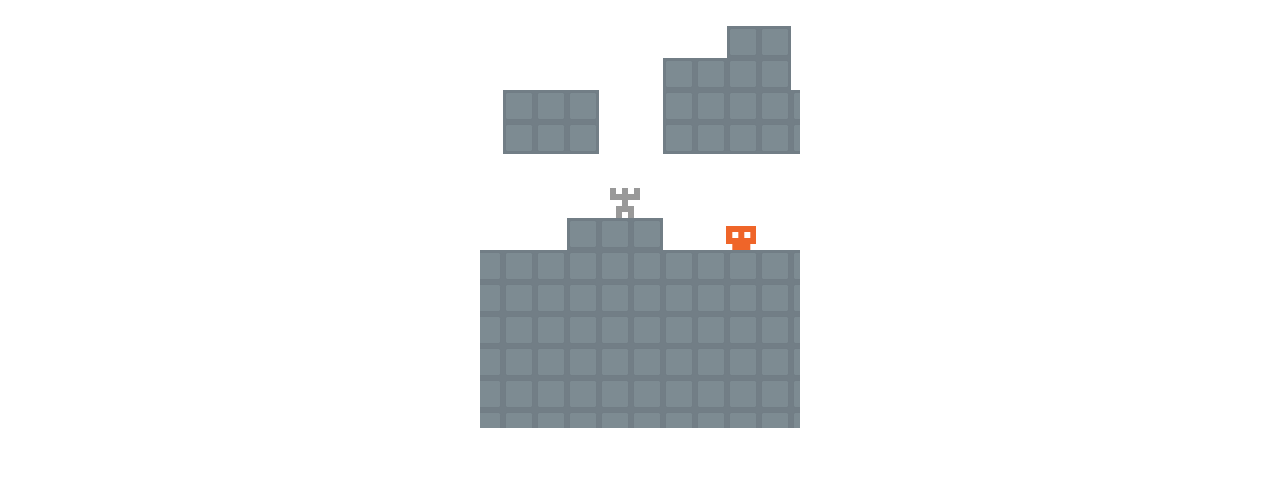
Repository: bigbadbiffy/quintus
Page: main.html
The author's editor kept a record of every edit. The page is drawn from the files as they stood at one moment, then again after the next edit.
The browser window is 1280 px wide. The pictures show the whole page.

Above is the page before.

### main.html
<html>
    <head>
        <!-- pull the engine from the quintus cdn-->
        <script src='js/underscore/underscore.js'></script>
        <script src='js/jquery/jquery.js'></script>
        <script src='js/quintus/quintus.js'></script>
        <script src='js/quintus/quintus_2d.js'></script>
        <script src='js/quintus/quintus_anim.js'></script>
        <script src='js/quintus/quintus_audio.js'></script>
        <script src='js/quintus/quintus_input.js'></script>
        <script src='js/quintus/quintus_scenes.js'></script>
        <script src='js/quintus/quintus_sprites.js'></script>
        <script src='js/quintus/quintus_tmx.js'></script>
        <script src='js/quintus/quintus_touch.js'></script>
        <script src='js/quintus/quintus_ui.js'></script>
    </head>
    <body>
        <script src='js/main.js'></script>

    </body>
</html>

### js/quintus/quintus_audio.js
/*global Quintus:false, AudioContext:false, window:false */

Quintus.Audio = function(Q) {

  Q.audio = {
    channels: [],
    channelMax:  Q.options.channelMax || 10,
    active: {},
    play: function() {}
  };


  Q.hasWebAudio = (typeof AudioContext !== "undefined") || (typeof webkitAudioContext !== "undefined");

  if(Q.hasWebAudio) {
    if(typeof AudioContext !== "undefined") {
      Q.audioContext = new AudioContext();
    } else {
      Q.audioContext = new window.webkitAudioContext();
    }
  }

  Q.enableSound = function() {
    var hasTouch =  !!('ontouchstart' in window);

    if(Q.hasWebAudio) {
      Q.audio.enableWebAudioSound();
    } else {
      Q.audio.enableHTML5Sound();
    }
    return Q;
  };

  Q.audio.enableWebAudioSound = function() {
    Q.audio.type = "WebAudio";

    Q.audio.soundID = 0;

    Q.audio.playingSounds = {};

    Q.audio.removeSound = function(soundID) {
      delete Q.audio.playingSounds[soundID];
    };

    // Play a single sound, optionally debounced
    // to prevent repeated plays in a short time
    Q.audio.play = function(s,options) {
      var now = new Date().getTime();

      // See if this audio file is currently being debounced, if
      // it is, don't do anything and just return
      if(Q.audio.active[s] && Q.audio.active[s] > now) { return; }

      // If any options were passed in, check for a debounce,
      // which is the number of milliseconds to debounce this sound
      if(options && options['debounce']) {
        Q.audio.active[s] = now + options['debounce'];
      } else {
        delete Q.audio.active[s];
      }

      var soundID = Q.audio.soundID++;

      var source = Q.audioContext.createBufferSource();
      source.buffer = Q.asset(s);
      source.connect(Q.audioContext.destination);
      if(options && options['loop']) {
        source.loop = true;
      } else {
        setTimeout(function() {
          Q.audio.removeSound(soundID);
        },source.buffer.duration * 1000);
      }
      source.assetName = s;
      if(source.start) { source.start(0); } else { source.noteOn(0); }

      Q.audio.playingSounds[soundID] = source;


    };

    Q.audio.stop = function(s) {
      for(var key in Q.audio.playingSounds) {
        var snd = Q.audio.playingSounds[key];
        if(!s || s === snd.assetName) {
          if(snd.stop) { snd.stop(0);  } else {  snd.noteOff(0); }
        }
      }
    };

  };

  Q.audio.enableHTML5Sound = function() {
    Q.audio.type = "HTML5";

    for (var i=0;i<Q.audio.channelMax;i++) {
      Q.audio.channels[i] = {};
      Q.audio.channels[i]['channel'] = new Audio();
      Q.audio.channels[i]['finished'] = -1;
    }

    // Play a single sound, optionally debounced
    // to prevent repeated plays in a short time
    Q.audio.play = function(s,options) {
      var now = new Date().getTime();

      // See if this audio file is currently being debounced, if
      // it is, don't do anything and just return
      if(Q.audio.active[s] && Q.audio.active[s] > now) { return; }

      // If any options were passed in, check for a debounce,
      // which is the number of milliseconds to debounce this sound
      if(options && options['debounce']) {
        Q.audio.active[s] = now + options['debounce'];
      } else {
        delete Q.audio.active[s];
      }

      // Find a free audio channel and play the sound
      for (var i=0;i<Q.audio.channels.length;i++) {
        // Check the channel is either finished or not looping
        if (!Q.audio.channels[i]['loop'] && Q.audio.channels[i]['finished'] < now) {

          Q.audio.channels[i]['channel'].src = Q.asset(s).src;

          // If we're looping - just set loop to true to prevent this channcel
          // from being used.
          if(options && options['loop']) {
            Q.audio.channels[i]['loop'] = true;
            Q.audio.channels[i]['channel'].loop = true;
          } else {
            Q.audio.channels[i]['finished'] = now + Q.asset(s).duration*1000;
          }
          Q.audio.channels[i]['channel'].load();
          Q.audio.channels[i]['channel'].play();
          break;
        }
      }
    };

    // Stop a single sound asset or stop all sounds currently playing
    Q.audio.stop = function(s) {
      var src = s ? Q.asset(s).src : null;
      var tm = new Date().getTime();
      for (var i=0;i<Q.audio.channels.length;i++) {
        if ((!src || Q.audio.channels[i]['channel'].src === src) &&
            (Q.audio.channels[i]['loop'] || Q.audio.channels[i]['finished'] >= tm)) {
          Q.audio.channels[i]['channel'].pause();
          Q.audio.channels[i]['loop'] = false;
        }
      }
    };

  };

};

### js/quintus/quintus_tmx.js
/*global Quintus:false */

/*global Quintus:false */
/**
Quintus HTML5 Game Engine - TMX Loader module

Module responsible for loading Tiled TMX files

@module Quintus.Input
*/

/**
 * Quintus TMX Loading module
 *
 * @class Quintus.TMX
 */
Quintus.TMX = function(Q) {


 // Add TMX file loading support to Quintus
 Q.assetTypes['tmx'] = 'TMX';

 // Load a TMX file as a parsed XML DOM
 Q.loadAssetTMX =  function(key,src,callback,errorCallback) {

   // Piggyback on loadAssetOther's AJAX call
   Q.loadAssetOther(key,src,function(key,responseText) {
     var parser = new DOMParser();
     var doc = parser.parseFromString(responseText, "application/xml");
     // save the asset as the parsed doc
     callback(key,doc);
   }, errorCallback);

 };

 Q._tmxExtractAssetName = function(result) {
   var source = result.getAttribute("source"),
   sourceParts = source.split("/");
   // only return the last part of the asset string
   return sourceParts[sourceParts.length - 1];
 };


 Q._tmxExtractSources = function(asset) {
   var results = asset.querySelectorAll("[source]");
   return Q._map(results,Q._tmxExtractAssetName);

 };


 Q.loadTMX = function(files,callback,options) {
   if(Q._isString(files)) {
     files = Q._normalizeArg(files);
   }

   var tmxFiles = [];
   Q._each(files,function(file) {
     if(Q._fileExtension(file) === 'tmx') {
        tmxFiles.push(file);
     }
   });

   var additionalAssets = [];

   Q.load(files,function() {
     Q._each(tmxFiles,function(tmxFile) {
       var sources = Q._tmxExtractSources(Q.asset(tmxFile));
       additionalAssets = additionalAssets.concat(sources);
     });

     if(additionalAssets.length > 0) {
       Q.load(additionalAssets,callback,options);
     } else {
       callback();
     }
   });

 };



 function attr(elem,atr) {
   var value = elem.getAttribute(atr);
   return isNaN(value) ? value : +value;
 }

 function parseProperties(elem) {
   var propElems = elem.querySelectorAll("property"),
       props = {};

   for(var i = 0; i < propElems.length; i++) {
     var propElem = propElems[i];
     props[attr(propElem,'name')] = attr(propElem,'value');
   }
   return props;
 }

 Q._tmxLoadTilesets = function(tilesets, tileProperties) {
   var gidMap = [];

   function parsePoint(pt) {
     var pts = pt.split(",");
     return [ parseFloat(pts[0]), parseFloat(pts[1]) ];
   }

   for(var t = 0; t < tilesets.length;t++) {
     var tileset = tilesets[t],
         sheetName = attr(tileset,"name"),
         gid = attr(tileset,"firstgid"),
         assetName = Q._tmxExtractAssetName(tileset.querySelector("image")),
         tilesetTileProps = {},
         tilesetProps = { tileW: attr(tileset,"tilewidth"),
                          tileH: attr(tileset,"tileheight"),
                          spacingX: attr(tileset,"spacing"),
                          spacingY: attr(tileset,"spacing")
                        };

     var tiles = tileset.querySelectorAll("tile");
     for(var i = 0;i < tiles.length;i++) {
       var tile = tiles[i];
       var tileId = attr(tile,"id");
       var tileGid = gid + tileId;

       var properties = parseProperties(tile);

       if(properties.points) {
         properties.points = Q._map(properties.points.split(" "),parsePoint);
       }

       // save the properties indexed by GID for creating objects
       tileProperties[tileGid] = properties;

       // save the properties indexed by tile number for the frame properties
       tilesetTileProps[tileId] = properties;
     }
     tilesetProps.frameProperties = tilesetTileProps;
     gidMap.push([ gid, sheetName ]);
     Q.sheet(sheetName, assetName,  tilesetProps);

   }
   return gidMap;
 };

 Q._tmxProcessImageLayer = function(stage,gidMap,tileProperties,layer) {
   var assetName = Q._tmxExtractAssetName(layer.querySelector("image"));
   var properties = parseProperties(layer);
   properties.asset = assetName;

   stage.insert(new Q.Repeater(properties));
 };

 // get the first entry in the gid map that gives
 // a gid offset
 Q._lookupGid = function(gid,gidMap) {
   var idx = 0;

   while(gidMap[idx+1] && gid >= gidMap[idx+1][0]) {
     idx++;
   }
   return gidMap[idx];
 };

 Q._tmxProcessTileLayer = function(stage,gidMap,tileProperties,layer) {
   var tiles = layer.querySelectorAll("tile"),
       width = attr(layer,'width'),
       height = attr(layer,'height');


   var gidDetails,gidOffset, sheetName;

   var data = [], idx=0;
   for(var y=0;y<height;y++) {
     data[y] = [];
     for(var x=0;x<width;x++) {
       var gid = attr(tiles[idx],"gid");
       if(gid === 0) {
         data[y].push(null);
       } else {
         // If we don't know what tileset this map is associated with
         // figure it out by looking up the gid of the tile w/
         // and match to the tilesef
         if(!gidOffset) {
           gidDetails = Q._lookupGid(attr(tiles[idx],"gid"),gidMap);
           gidOffset = gidDetails[0];
           sheetName = gidDetails[1];
         }
         data[y].push(gid - gidOffset);
       }
       idx++;
     }
   }

   var tileLayerProperties = Q._extend({
     tileW: Q.sheet(sheetName).tileW,
     tileH: Q.sheet(sheetName).tileH,
     sheet: sheetName,
     tiles: data
     },parseProperties(layer));

   var TileLayerClass = tileLayerProperties.Class || 'TileLayer';

   if(tileLayerProperties['collision']) {
     stage.collisionLayer(new Q[TileLayerClass](tileLayerProperties));
   } else {
     stage.insert(new Q[TileLayerClass](tileLayerProperties));
   }
 };

 Q._tmxProcessObjectLayer = function(stage,gidMap,tileProperties,layer) {
   var objects = layer.querySelectorAll("object");
   for(var i=0;i < objects.length;i++) {
     var obj = objects[i],
         gid = attr(obj,"gid"),
         x = attr(obj,'x'),
         y = attr(obj,'y'),
         properties = tileProperties[gid],
         overrideProperties = parseProperties(obj);

     if(!properties) { throw "Invalid TMX Object: missing properties for GID:" + gid; }
     if(!properties['Class']) { throw "Invalid TMX Object: missing Class for GID:" + gid; }

     var className = properties['Class'];
     if(!className) { throw "Invalid TMX Object Class: " + className + " GID:" + gid; }

     var p = Q._extend(Q._extend({ x: x, y: y }, properties), overrideProperties);

     // Offset the sprite
     var sprite = new Q[className](p);
     sprite.p.x += sprite.p.w/2;
     sprite.p.y -= sprite.p.h/2;

     stage.insert(sprite);
   }

 };

 Q._tmxProcessors = { 'objectgroup': Q._tmxProcessObjectLayer,
                      'layer': Q._tmxProcessTileLayer,
                      'imagelayer': Q._tmxProcessImageLayer };

 Q.stageTMX = function(dataAsset,stage) {
    var data = Q._isString(dataAsset) ?  Q.asset(dataAsset) : dataAsset;

    var tileProperties = {};

    // Load Tilesets
    var tilesets = data.getElementsByTagName("tileset");
    var gidMap = Q._tmxLoadTilesets(tilesets,tileProperties);

    // Go through each of the layers
    Q._each(data.documentElement.childNodes,function(layer) {
      var layerType = layer.tagName;
      if(Q._tmxProcessors[layerType]) {
        Q._tmxProcessors[layerType](stage, gidMap, tileProperties, layer);
      }
    });
  };

};

### js/quintus/quintus_touch.js
/*global Quintus:false */

Quintus.Touch = function(Q) {
  if(Q._isUndefined(Quintus.Sprites)) {
    throw "Quintus.Touch requires Quintus.Sprites Module";
  }

  var hasTouch =  !!('ontouchstart' in window);

  var touchStage = [0];
  var touchType = 0;

  Q.Evented.extend("TouchSystem",{

    init: function() {
      var touchSystem = this;

      this.boundTouch = function(e) { touchSystem.touch(e); };
      this.boundDrag = function(e) { touchSystem.drag(e); };
      this.boundEnd = function(e) { touchSystem.touchEnd(e); };

      Q.el.addEventListener('touchstart',this.boundTouch);
      Q.el.addEventListener('mousedown',this.boundTouch);

      Q.el.addEventListener('touchmove',this.boundDrag);
      Q.el.addEventListener('mousemove',this.boundDrag);

      Q.el.addEventListener('touchend',this.boundEnd);
      Q.el.addEventListener('mouseup',this.boundEnd);
      Q.el.addEventListener('touchcancel',this.boundEnd);

      this.touchPos = new Q.Evented();
      this.touchPos.grid = {};
      this.touchPos.p = { w:1, h:1, cx: 0, cy: 0 };
      this.activeTouches = {};
      this.touchedObjects = {};
    },

    destroy: function() {
      Q.el.removeEventListener('touchstart',this.boundTouch);
      Q.el.removeEventListener('mousedown',this.boundTouch);

      Q.el.removeEventListener('touchmove',this.boundDrag);
      Q.el.removeEventListener('mousemove',this.boundDrag);

      Q.el.removeEventListener('touchend',this.boundEnd);
      Q.el.removeEventListener('mouseup',this.boundEnd);
      Q.el.removeEventListener('touchcancel',this.boundEnd);
    },

    normalizeTouch: function(touch,stage) {

      var el = Q.el,
        rect = el.getBoundingClientRect(),
        style = window.getComputedStyle(el),
        posX = touch.clientX - rect.left - parseInt(style.paddingLeft, 10),
        posY = touch.clientY - rect.top  - parseInt(style.paddingTop, 10);

      if(Q._isUndefined(posX) || Q._isUndefined(posY)) {
         posX = touch.offsetX;
         posY = touch.offsetY;
      }

      if(Q._isUndefined(posX) || Q._isUndefined(posY)) {
        posX = touch.layerX;
        posY = touch.layerY;
      }

      if(Q._isUndefined(posX) || Q._isUndefined(posY)) {
        if(Q.touch.offsetX === void 0) {
          Q.touch.offsetX = 0;
          Q.touch.offsetY = 0;
          el = Q.el;
          do {
            Q.touch.offsetX += el.offsetLeft;
            Q.touch.offsetY += el.offsetTop;
          } while(el = el.offsetParent);
        }
        posX = touch.pageX - Q.touch.offsetX;
        posY = touch.pageY - Q.touch.offsetY;
      }

      this.touchPos.p.ox = this.touchPos.p.px = posX / Q.cssWidth * Q.width;
      this.touchPos.p.oy = this.touchPos.p.py = posY / Q.cssHeight * Q.height;

      if(stage.viewport) {
        this.touchPos.p.px /= stage.viewport.scale;
        this.touchPos.p.py /= stage.viewport.scale;
        this.touchPos.p.px += stage.viewport.x;
        this.touchPos.p.py += stage.viewport.y;
      }

      this.touchPos.p.x = this.touchPos.p.px;
      this.touchPos.p.y = this.touchPos.p.py;

      this.touchPos.obj = null;
      return this.touchPos;
    },

    touch: function(e) {
      var touches = e.changedTouches || [ e ];

      for(var i=0;i<touches.length;i++) {

        for(var stageIdx=0;stageIdx < touchStage.length;stageIdx++) {
          var touch = touches[i],
              stage = Q.stage(touchStage[stageIdx]);

          if(!stage) { continue; }

          touch.identifier = touch.identifier || 0;
          var pos = this.normalizeTouch(touch,stage);

          stage.regrid(pos,true);
          var col = stage.search(pos,touchType), obj;

          if(col || stageIdx === touchStage.length - 1) {
            obj = col && col.obj;
            pos.obj = obj;
            this.trigger("touch",pos);
          }

          if(obj && !this.touchedObjects[obj]) {
            this.activeTouches[touch.identifier] = {
              x: pos.p.px,
              y: pos.p.py,
              origX: obj.p.x,
              origY: obj.p.y,
              sx: pos.p.ox,
              sy: pos.p.oy,
              identifier: touch.identifier,
              obj: obj,
              stage: stage
            };
            this.touchedObjects[obj.p.id] = true;
            obj.trigger('touch', this.activeTouches[touch.identifier]);
            break;
          }

        }

      }
      //e.preventDefault();
    },

    drag: function(e) {
      var touches = e.changedTouches || [ e ];

      for(var i=0;i<touches.length;i++) {
        var touch = touches[i];
        touch.identifier = touch.identifier || 0;

        var active = this.activeTouches[touch.identifier],
            stage = active && active.stage;

        if(active) {
          var pos = this.normalizeTouch(touch,stage);
          active.x = pos.p.px;
          active.y = pos.p.py;
          active.dx = pos.p.ox - active.sx;
          active.dy = pos.p.oy - active.sy;

          active.obj.trigger('drag', active);
        }
      }
      e.preventDefault();
    },

    touchEnd: function(e) {
      var touches = e.changedTouches || [ e ];

      for(var i=0;i<touches.length;i++) {
        var touch = touches[i];

        touch.identifier = touch.identifier || 0;

        var active = this.activeTouches[touch.identifier];

        if(active) {
          active.obj.trigger('touchEnd', active);
          delete this.touchedObjects[active.obj.p.id];
          this.activeTouches[touch.identifier] = null;
        }
      }
      e.preventDefault();
    }

  });

  Q.touch = function(type,stage) {
    Q.untouch();
    touchType = type || Q.SPRITE_UI;
    touchStage = stage || [2,1,0];
    if(!Q._isArray(touchStage)) {
      touchStage = [touchStage];
    }

    if(!Q._touch) {
      Q.touchInput = new Q.TouchSystem();
    }
    return Q;
  };

  Q.untouch = function() {
    if(Q.touchInput) {
      Q.touchInput.destroy();
      delete Q['touchInput'];
    }
    return Q;
  };

};

### js/main.js

 var Q = Quintus()                          // Create a new engine instance
              .include("Sprites, Scenes, Input, 2D, Touch, UI") // Load any needed modules
              .setup()                           // Add a canvas element onto the page
              .controls()                        // Add in default controls (keyboard, buttons)
              .touch();                          // Add in touch support (for the UI)

// You can create a sub-class by extending the Q.Sprite class to create Q.Player
Q.Sprite.extend("Player",{

  // the init constructor is called on creation
  init: function(p) {

    // You can call the parent's constructor with this._super(..)
    this._super(p, {
      sheet: "player",  // Setting a sprite sheet sets sprite width and height
      x: 410,           // You can also set additional properties that can
      y: 90            // be overridden on object creation
    });

    // Add in pre-made components to get up and running quickly
    this.add('2d, platformerControls');

    // Write event handlers to respond hook into behaviors.
    // hit.sprite is called everytime the player collides with a sprite
    this.on("hit.sprite",function(collision) {
      // Check the collision, if it's the Tower, you win!
      if(collision.obj.isA("Tower")) {
        // Stage the endGame scene above the current stage
        Q.stageScene("endGame",1, { label: "You Won!" });
        // Remove the player to prevent them from moving
        this.destroy();
      }
    });
  }
});

// Sprites can be simple, the Tower sprite just sets a custom sprite sheet
Q.Sprite.extend("Tower", {
  init: function(p) {
    this._super(p, { sheet: 'tower' });
  }
});

// Create the Enemy class to add in some baddies
Q.Sprite.extend("Enemy",{
  init: function(p) {
    this._super(p, { sheet: 'enemy', vx: 100 });

    // Enemies use the Bounce AI to change direction
    // whenver they run into something.
    this.add('2d, aiBounce');

    // Listen for a sprite collision, if it's the player,
    // end the game unless the enemy is hit on top
    this.on("bump.left,bump.right,bump.bottom",function(collision) {
      if(collision.obj.isA("Player")) {
        Q.stageScene("endGame",1, { label: "You Died" });
        collision.obj.destroy();
      }
    });

    // If the enemy gets hit on the top, destroy it
    // and give the user a "hop"
    this.on("bump.top",function(collision) {
      if(collision.obj.isA("Player")) {
        this.destroy();
        collision.obj.p.vy = -300;
      }
    });
  }
});

// Create a new scene called level 1
Q.scene("level1",function(stage) {

  // Add in a tile layer, and make it the collision layer
  stage.collisionLayer(new Q.TileLayer({
                             dataAsset: 'level.json',
                             sheet:     'tiles' }));

  // Create the player and add him to the stage
  var player = stage.insert(new Q.Player());

  // Give the stage a moveable viewport and tell it
  // to follow the player.
  stage.add("viewport").follow(player);

  // Add in a couple of enemies
  stage.insert(new Q.Enemy({ x: 700, y: 0 }));
  stage.insert(new Q.Enemy({ x: 800, y: 0 }));

  // Finally add in the tower goal
  stage.insert(new Q.Tower({ x: 180, y: 50 }));
});

// Create a new scene called level 1
Q.scene("level1",function(stage) {

  // Add in a tile layer, and make it the collision layer
  stage.collisionLayer(new Q.TileLayer({
                             dataAsset: 'level.json',
                             sheet:     'tiles' }));

  // Create the player and add him to the stage
  var player = stage.insert(new Q.Player());

  // Give the stage a moveable viewport and tell it
  // to follow the player.
  stage.add("viewport").follow(player);

  // Add in a couple of enemies
  stage.insert(new Q.Enemy({ x: 700, y: 0 }));
  stage.insert(new Q.Enemy({ x: 800, y: 0 }));

  // Finally add in the tower goal
  stage.insert(new Q.Tower({ x: 180, y: 50 }));
});

// To display a game over / game won popup box,
// create a endGame scene that takes in a `label` option
// to control the displayed message.
Q.scene('endGame',function(stage) {
  var container = stage.insert(new Q.UI.Container({
    x: Q.width/2, y: Q.height/2, fill: "rgba(0,0,0,0.5)"
  }));

  var button = container.insert(new Q.UI.Button({ x: 0, y: 0, fill: "#CCCCCC",
                                                  label: "Play Again" }))
  var label = container.insert(new Q.UI.Text({x:10, y: -10 - button.p.h,
                                                   label: stage.options.label }));
  // When the button is clicked, clear all the stages
  // and restart the game.
  button.on("click",function() {
    Q.clearStages();
    Q.stageScene('level1');
  });

  // Expand the container to visibily fit it's contents
  container.fit(20);
});

// Q.load can be called at any time to load additional assets
// assets that are already loaded will be skipped
Q.load("sprites.png, sprites.json, level.json, tiles.png",
  // The callback will be triggered when everything is loaded
  function() {
    // Sprites sheets can be created manually
    Q.sheet("tiles","tiles.png", { tilew: 32, tileh: 32 });

    // Or from a .json asset that defines sprite locations
    Q.compileSheets("sprites.png","sprites.json");

    // Finally, call stageScene to run the game
    Q.stageScene("level1");
  });

Loaded but not shown: js/jquery/jquery.js (library); css/main.css (common file); data/level.json (16 lines, source omitted); data/sprites.json (1 lines, source omitted); js/quintus/quintus.js (2260 lines, source omitted); js/underscore/underscore.js (1415 lines, source omitted); js/quintus/quintus_scenes.js (1148 lines, source omitted); js/quintus/quintus_input.js (954 lines, source omitted); js/quintus/quintus_sprites.js (755 lines, source omitted); js/quintus/quintus_ui.js (653 lines, source omitted); js/quintus/quintus_2d.js (533 lines, source omitted); js/quintus/quintus_anim.js (273 lines, source omitted)

After the next edit:
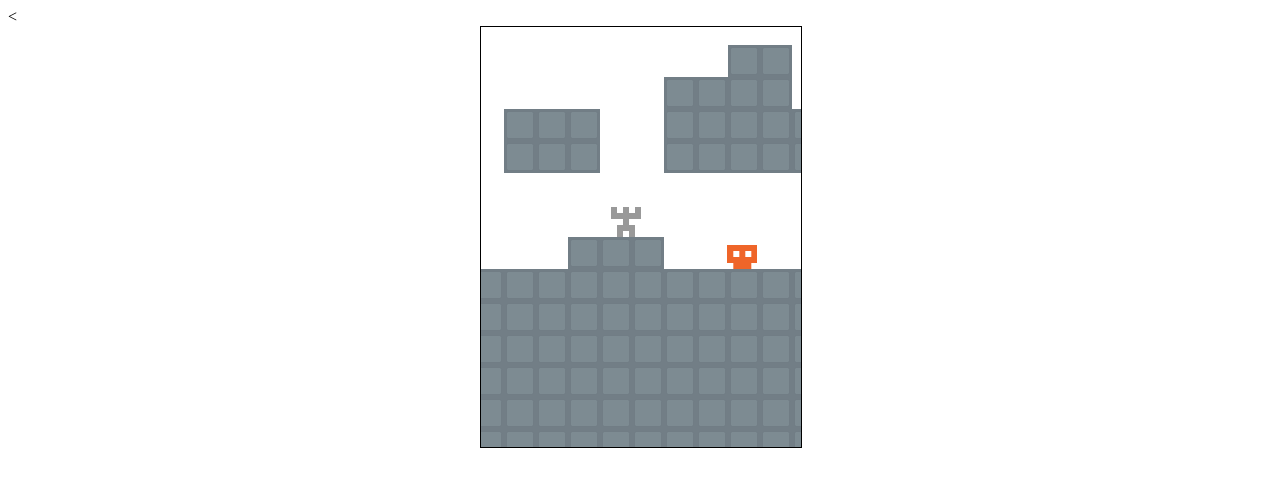
The edit:
--- a/main.html
+++ b/main.html
@@ -1,5 +1,6 @@
 <html>
     <head>
+        <<link rel="stylesheet" href="css/main.css" type="text/css" media="all" />
         <!-- pull the engine from the quintus cdn-->
         <script src='js/underscore/underscore.js'></script>
         <script src='js/jquery/jquery.js'></script>
